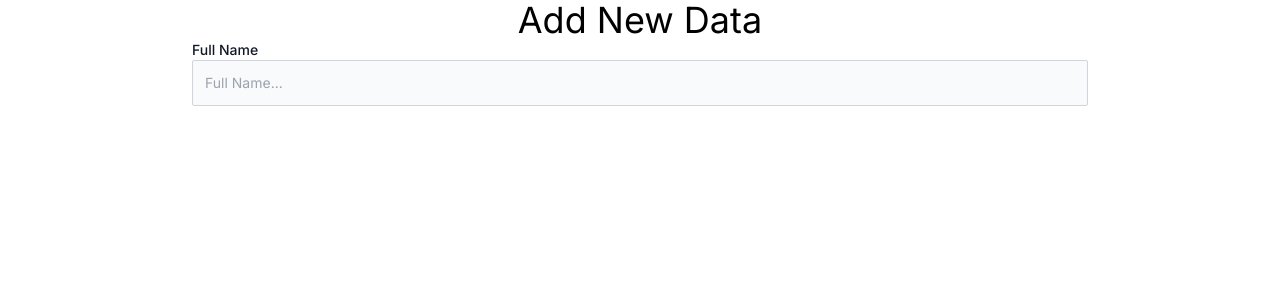
Repository: KilluaProject/crud-nextjs14
Page: /contacts/create
The author's editor kept a copy of each file at every save. The page is drawn from the files as they stood at one save, then again after the next save.
The browser window is 1280 px wide. The pictures show the whole page.
The project was rebuilt for these pictures with package versions that can differ from the ones it lists, and the page was loaded fresh each time. The framework's server and built-in components were replaced by stand-ins that run in the browser. Also part of the build but not shown: next.config.mjs.

Above is the page before, as saved 2024-06-30 14:10:06.

After the next save:
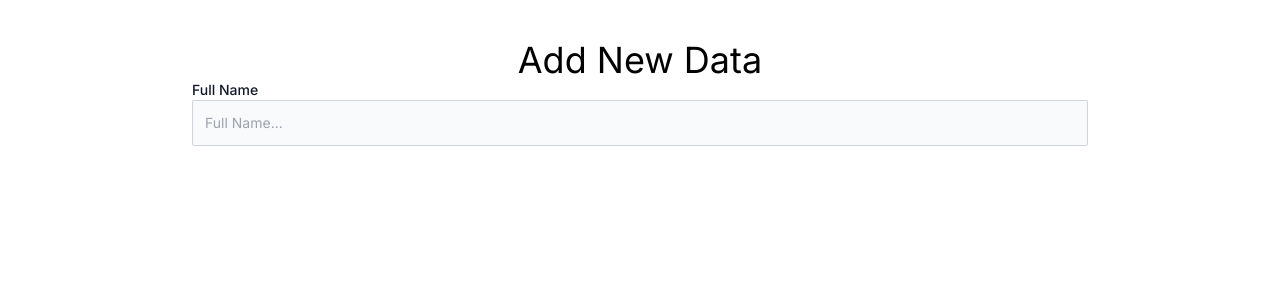
Saved 9 s later.
--- a/app/contacts/create/page.tsx
+++ b/app/contacts/create/page.tsx
@@ -3,7 +3,7 @@ import React from 'react'
 
 const CreateContact = () => {
   return (
-    <div className='max-w-4xl m-auto '>
+    <div className='max-w-4xl m-auto my-10 '>
       <h1 className='text-4xl text-center'>
         Add New Data
       </h1>
